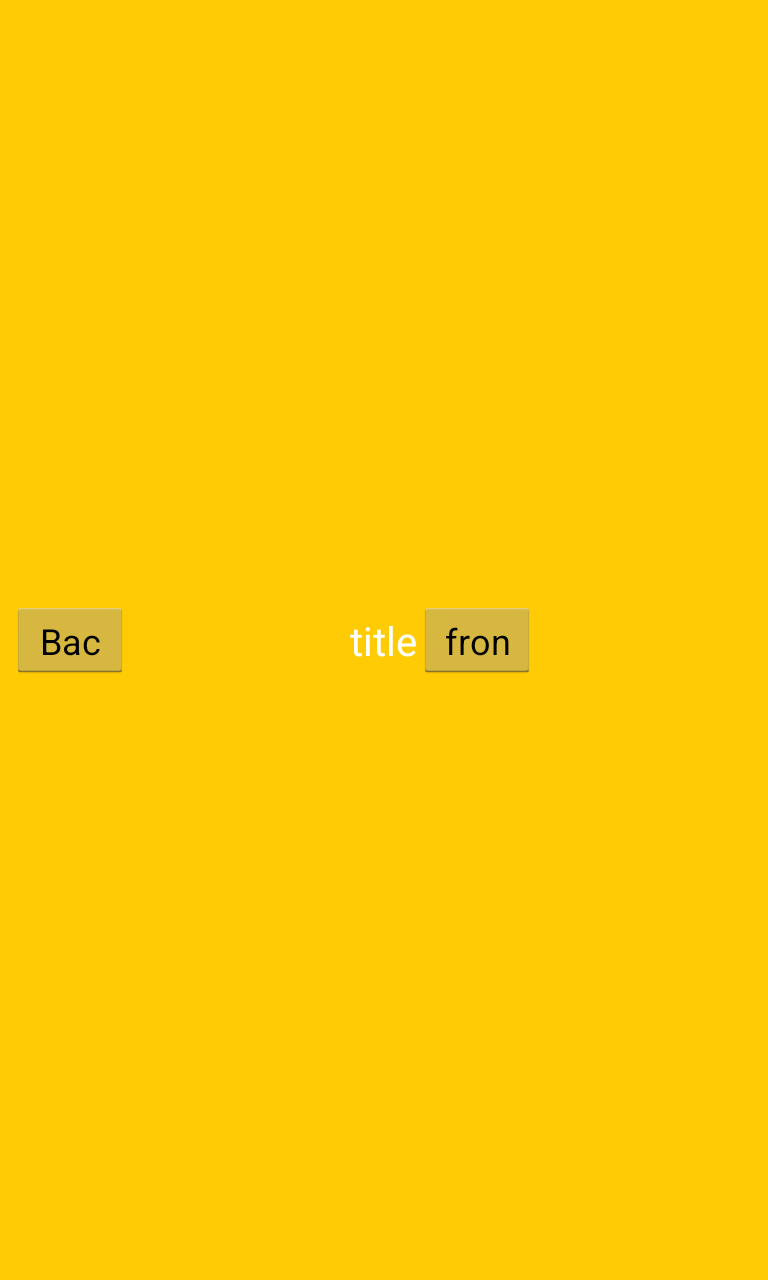
Repository: hero007asd/pin
Layout: Pin/res/layout/tt_title_view.xml
An editor plug-in stored every save of this project. The layout is shown before and after the next save, followed by the edit.
It is drawn on a 768 x 1280 px phone screen (xhdpi) without system bars, with theme AppTheme; the app's code is not run.

Above is the layout before, as saved 2014-07-04 10:23:55.

### Pin/res/layout/tt_title_view.xml
<?xml version="1.0" encoding="utf-8"?>
<RelativeLayout xmlns:android="http://schemas.android.com/apk/res/android"
    android:layout_width="match_parent"
    android:layout_height="50dp"
    android:background="#ffcb05"
    >
    <Button
        android:id="@+id/title_button_left"
        android:layout_centerVertical="true"
        android:layout_height="40dp"
        android:layout_marginLeft="5dp"
        android:layout_width="60dp"
        android:text="Back"/>
    <TextView
        android:id="@+id/title_text"
        android:layout_centerInParent="true"
        android:layout_height="wrap_content"
        android:layout_width="wrap_content"
        android:text="title"
        android:textColor="#fff"
        android:textSize="20sp"
        />
    <Button
        android:id="@+id/title_button_right"
        android:layout_toRightOf="@id/title_text"
        android:layout_centerVertical="true"
        android:layout_height="40dp"
        android:layout_marginRight="5dp"
        android:layout_width="60dp"
        android:text="front"/>

</RelativeLayout>

Loaded but not shown: Pin/res/values/styles.xml (common file); Pin/res/values-v11/styles.xml (common file); Pin/res/values-v14/styles.xml (common file)

After the next save:
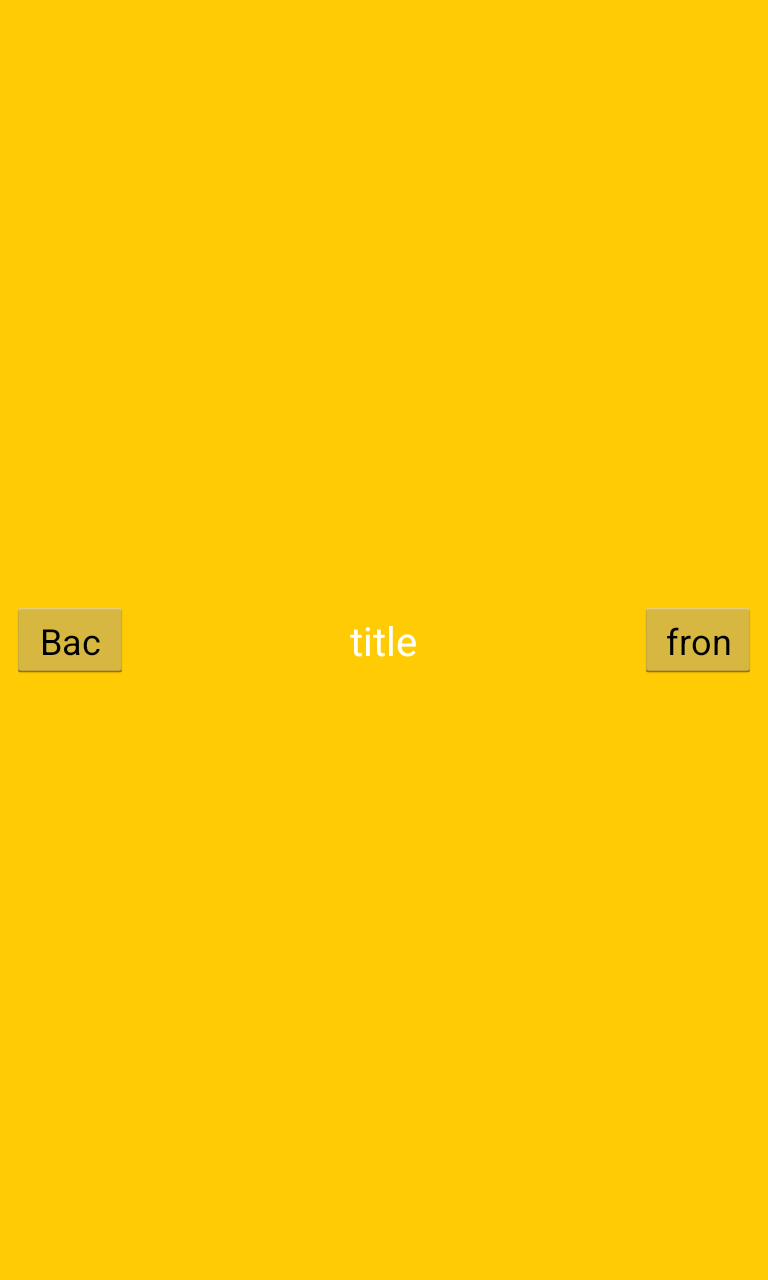
Saved 102 s later.
--- a/Pin/res/layout/tt_title_view.xml
+++ b/Pin/res/layout/tt_title_view.xml
@@ -22,7 +22,7 @@
         />
     <Button
         android:id="@+id/title_button_right"
-        android:layout_toRightOf="@id/title_text"
+        android:layout_alignParentRight="true"
         android:layout_centerVertical="true"
         android:layout_height="40dp"
         android:layout_marginRight="5dp"
